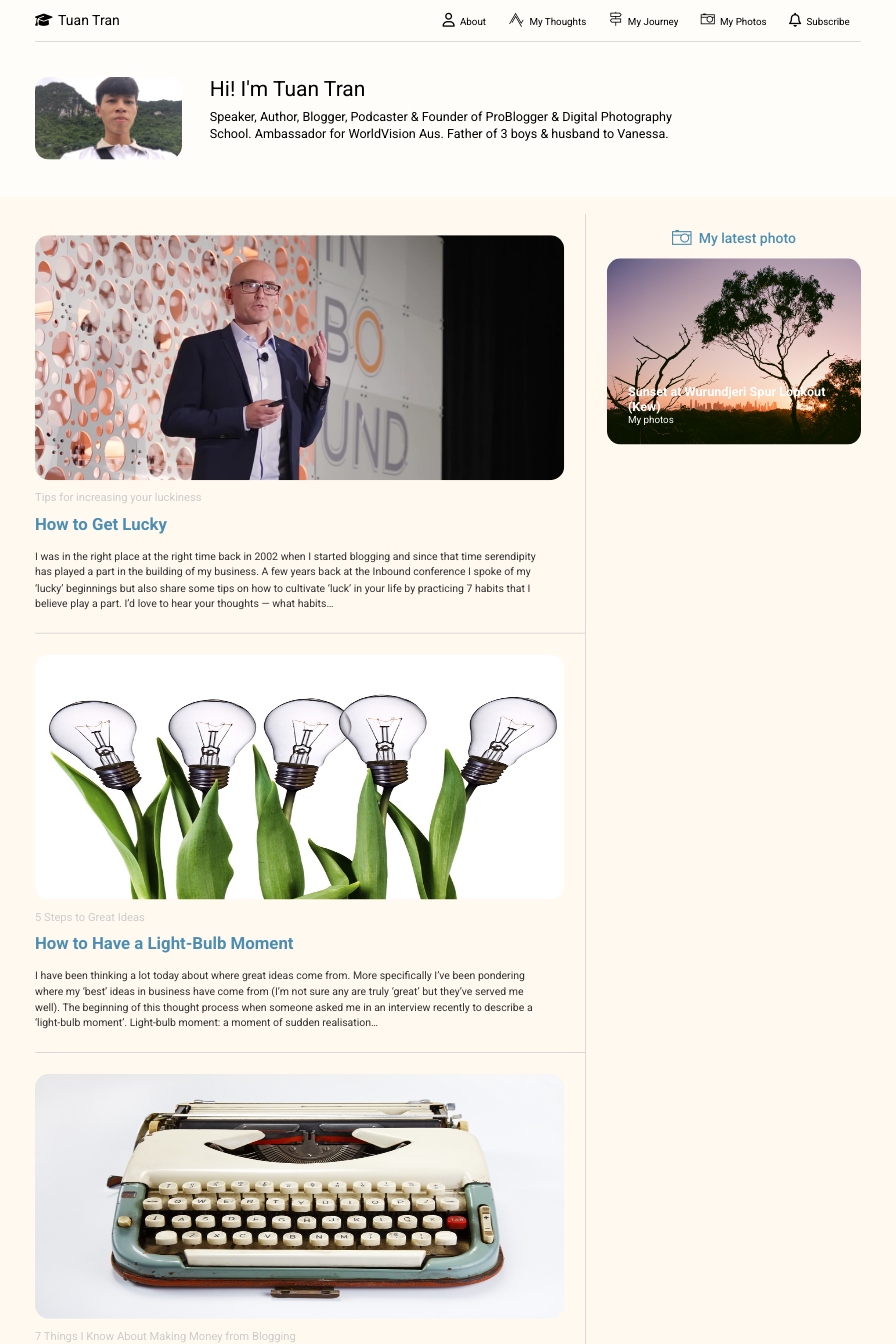
Repository: TranDinhTuann/Blog-Demo
Page: index.html
An editor plug-in stored every save of this project. The page is shown before and after the next save, followed by the edit.
The browser window is 1280 px wide. The pictures show the part of the page from y = 0 to 1920 px (the page is 2860 px tall), at 70% of full size.

Above is the page before, as saved 2023-03-22 21:26:44.

### index.html
<!DOCTYPE html>
<html lang="en">
<head>
    <meta charset="UTF-8">
    <meta http-equiv="X-UA-Compatible" content="IE=edge">
    <meta name="viewport" content="width=device-width, initial-scale=1.0">
    <title>Blog của Tuấn</title>
    <link rel="stylesheet" href="./assets/css/base.css">
    <link rel="stylesheet" href="./assets/css/main.css">
    <link rel="stylesheet" href="https://cdnjs.cloudflare.com/ajax/libs/normalize/8.0.1/normalize.min.css">
    <link rel="stylesheet" href="./assets/fonts/fontawesome-free-6.2.1-web/css/all.min.css">
    <link rel="stylesheet" href="./assets/fonts/themify-icons/themify-icons.css">
    <link rel="preconnect" href="https://fonts.googleapis.com"><link rel="preconnect" href="https://fonts.gstatic.com" crossorigin><link href="https://fonts.googleapis.com/css2?family=Roboto:wght@300;400;500;700&display=swap" rel="stylesheet">
</head>
<body>
    <div class="app">
        <div class="header">
            <nav class="navbar">
                <a class="navbar__head">
                    <i class="navbar__head-icon fa-solid fa-graduation-cap"></i>
                    <div class="navbar__name">Tuan Tran</div>
                </a>

                <ul class="navbar__list">
                    <li class="navbar__list-item">
                        <a href="" class="navbar__list-item-link">
                            <i class="navbar__list-item-icon fa-regular fa-user"></i>
                            <span class="navbar__list-item-text">About</span>
                        </a>
                    </li>
                    <li class="navbar__list-item">
                        <a href="" class="navbar__list-item-link">
                            <i class="navbar__list-item-icon fa-brands fa-think-peaks"></i>
                            <span class="navbar__list-item-text">My Thoughts</span>
                        </a>
                    </li>
                    <li class="navbar__list-item">
                        <a href="" class="navbar__list-item-link">
                            <i class="navbar__list-item-icon ti-direction-alt"></i>
                            <span class="navbar__list-item-text">My Journey</span>
                        </a>
                    </li>
                    <li class="navbar__list-item">
                        <a href="" class="navbar__list-item-link">
                            <i class="navbar__list-item-icon ti-camera"></i>
                            <span class="navbar__list-item-text">My Photos</span>
                        </a>
                    </li>
                    <li class="navbar__list-item">
                        <a href="" class="navbar__list-item-link">
                            <i class="navbar__list-item-icon fa-regular fa-bell"></i>
                            <span class="navbar__list-item-text">Subscribe</span>
                        </a>
                    </li>
                </ul>
            </nav>

            <div class="intro">
                <div class="intro__img">
                    <img src="./assets/img/logo.JPG" alt="" class="intro__img-image">
                </div>
                <div class="intro__text">
                    <div class="intro__head">Hi! I'm Tuan Tran </div>
                    <div class="intro__des">Speaker, Author, Blogger, Podcaster & Founder of ProBlogger & Digital Photography School. Ambassador for WorldVision Aus. Father of 3 boys & husband to Vanessa.</div>
                </div>
            </div>
        </div>

        <div class="grid">
            <div class="grid1">
                <div class="content">
                    <div class="columns">
                        <div class="img-human">
                            <img class="img-ong" src="./assets/img/slider/human1.png" alt="">
                        </div>
                        <div class="column-text">
                            <p class="des">Tips for increasing your luckiness</p>
                            <div class="heading">How to Get Lucky</div>
                            <div class="sub-heading">I was in the right place at the right time back in 2002 when I started blogging and since that time serendipity has played a part in the building of my business. A few years back at the Inbound conference I spoke of my ‘lucky’ beginnings but also share some tips on how to cultivate ‘luck’ in your life by practicing 7 habits that I believe play a part. I’d love to hear your thoughts — what habits…</div>
                        </div>
                    </div>
                    <div class="columns">
                        <div class="img-human">
                            <img class="img-ong" src="./assets/img/slider/human2.jpg" alt="">
                        </div>
                        <div class="column-text">
                            <p class="des">5 Steps to Great Ideas</p>
                            <div class="heading">How to Have a Light-Bulb Moment</div>
                            <div class="sub-heading">I have been thinking a lot today about where great ideas come from. More specifically I’ve been pondering where my ‘best’ ideas in business have come from (I’m not sure any are truly ‘great’ but they’ve served me well). The beginning of this thought process when someone asked me in an interview recently to describe a ‘light-bulb moment’. Light-bulb moment: a moment of sudden realisation…</div>
                        </div>
                    </div>
                    <div class="columns">
                        <div class="img-human">
                            <img class="img-ong" src="./assets/img/slider/human3.jpg" alt="">
                        </div>
                        <div class="column-text">
                            <p class="des">7 Things I Know About Making Money from Blogging</p>
                            <div class="heading">Can You REALLY Make Money Blogging?</div>
                            <div class="sub-heading">Can You REALLY Make Money Blogging? 7 Things I Know About Making Money from Blogging Every now and again I am pulled aside at a conference or am emailed and/or tweeted by someone wanting to get the “real” scoop on whether it is possible to make money blogging. Is it really possible to make a living from blogging? Is it just a small number of people making money from blogging? Is it only really…</div>
                        </div>
                    </div>
                    <div class="columns no--border">
                        <div class="img-human">
                            <img class="img-ong" src="./assets/img/slider/human4.png" alt="">
                        </div>
                        <div class="column-text">
                            <p class="des">Writing tips from a professional blogger</p>
                            <div class="heading">20 Quick Tips on Writing Great Blog Posts</div>
                            <div class="sub-heading">Tell your story — it is what makes your content unique Share how you feel — it will take your readers to a deeper place You’ll never please everyone — the sooner you come to peace with this, the better Write about things that matter to you — passion is infectious Inform, Inspire and Interact — aim to do these things every week! Experiment with different styles of writing — it will help you find…</div>
                        </div>
                    </div>
                    <div class="btn-content">
                        <button class="btn-thought">
                            <i class="navbar__list-item-icon fa-brands fa-think-peaks"></i>
                            <span class="my-thoughts">Browser My Thoughts</span>
                        </button>
                    </div>
                </div>

                <div class="sitebar">
                    <div class="row">
                        <div class="row-head">
                            <i class="row-icon ti-camera"></i>
                            <div class="row-heading">My latest photo</div>
                        </div>
                        <div class="row-img">
                            <img src="./assets/img/slider/nature1.jpg" alt="" class="img-nature">
                            <div class="row-text">
                                <div class="text-heading">Sunset at Wurundjeri Spur Lookout (Kew)</div>
                                <div class="text-des">My photos</div>
                            </div>
                        </div>
                    </div>

                    <div class="row">

                    </div>
                </div>
            </div>
        </div>

        <footer class="footer">

        </footer>
    </div>
</body>
</html>

### assets/css/base.css
:root {
    --white-color: #fff;
    --black-color: #000;
    --text-color: #333;
    --primary-color: #fff9ef;
    --header-primary-color: rgb(255, 253, 249);
}

* {
    box-sizing: inherit;
}

html {
    /* hack */
    font-size: 62.5%;
    line-height: 1.6rem;
    font-family: 'Roboto', sans-serif;
    box-sizing: border-box;
}

@keyframes fadeIn {
    from{
        opacity: 0;
    }
    to{
        opacity: 1;
    }
}

@keyframes growth {
    from{
        transform: calc(0);
    }
    to{
        transform: calc(1);
    }
}

img{
    width: 100%;
    border-radius: 20px;
}
.img-ong{
    height: 350px;
    display: block;
}
.img-human{
    margin-right: 30px;
    height: 350px;
    display: block;
}
a{
    display: block;
    cursor: pointer;
}

### assets/css/main.css
.app{
    height: 1000px;
    background-color: rgb(255, 253, 249);
}

.header{
    height: 280px;
    margin: 0 50px;
}

.navbar{
    height: 60px;
    border-bottom: 1px solid #ccc;
    display: flex;
    align-items: center;
    justify-content: space-between;
}

.navbar__head-icon {
    font-size: 2rem;
    margin-right: 8px;
}

.navbar__name {
    font-size: 2rem;

}

.navbar__head {
    display: flex;
}

.navbar__head:hover {
    cursor: pointer;
    opacity: 0.5;
}

.navbar__list {
    display: flex;
    list-style: none;
    font-size: 1.4rem;
}

.navbar__list-item {
    padding: 0 16px;
    line-height: 60px;
}

.navbar__list-item:hover {
    cursor: pointer;
    opacity: 0.5;
}

.navbar__list-item-link {
    color: #000;
    text-decoration: none;
}

.navbar__list-item-icon{
    font-size: 2rem;
    padding-right: 4px;
}


.intro {
    display: flex;
    margin-top: 50px;
}

.intro__img {
    width: 30%;
    height: 50px;
}

.intro__img-image {
    width: 100%;
    background-size:cover;
}

.intro__text{
    padding-left: 40px;
}

.intro__head {
    font-size: 3rem;
}

.intro__des {
    font-size: 1.8rem;
    padding: 10px 250px 0 0;
    line-height: 2.4rem;
}


/* Grid */
.grid {
    background-color: rgb(255, 249, 239);
    /* height: 6000px; */
    /* display: flex; */
}
.grid1  {
    margin: 0 50px;
    display: flex;
    padding-top: 26px;
}
.content {
    border-right: 1px solid #ccc;
    /* height: 600px; */
    flex: 2;
}
.columns {
    padding: 30px 0;
    border-bottom: 1px solid #ccc;
    cursor: pointer;
}
.columns.no--border{
    border: none;
}
.sitebar {
    flex: 1;
}

.column-text{
    padding: 0 50px 0 0;
}
.des{
    font-size: 16px;
    color: #ccc;
}
.heading {
    font-size: 24px;
    font-weight: 700;
    color: #4c8eb3;
}
.sub-heading {
    color: #333333;
    font-size: 15px;
    padding-top: 20px;
    line-height: 1.5;
}
.btn-content{
    display: flex;
    align-items: center;
    justify-content: center;
    color: #000;
    padding: 30px 0;
}
.btn-thought {
    padding: 14px 20px;
    display: block;
    background-color: rgb(241, 202, 130);
    outline: none;
    border: none;
    border-radius: 10px;
}
.btn-thought:hover{
    background-color:  rgba(241, 202, 130, 0.6);
}
.my-thoughts{
    font-size: 16px;
}

/* sitebar */
.row{
    margin: 20px 0 30px 30px;
}
.row-head {
    display: flex;
    align-items: center;
    justify-content: center;
    color: #4c8eb3;
    padding-bottom: 15px;
}
.row-icon{
    font-size: 28px;
    margin-right: 10px;
}
.row-heading{
    font-size: 20px;
    font-weight: 500;
}
.row-img{
    position: relative;
}
.row-text{
    position: absolute;
    bottom: 30px;
    left: 30px;
    color: #fff;
}
.text-heading{
    font-size: 18px;
    font-weight: 1000;
}
.text-des{
    font-size: 14px;
}


/* footer */
.footer{
    height: 50px;
}

Loaded but not shown: assets/fonts/fontawesome-free-6.2.1-web/css/all.min.css (library); assets/fonts/themify-icons/themify-icons.css (common file)

After the next save:
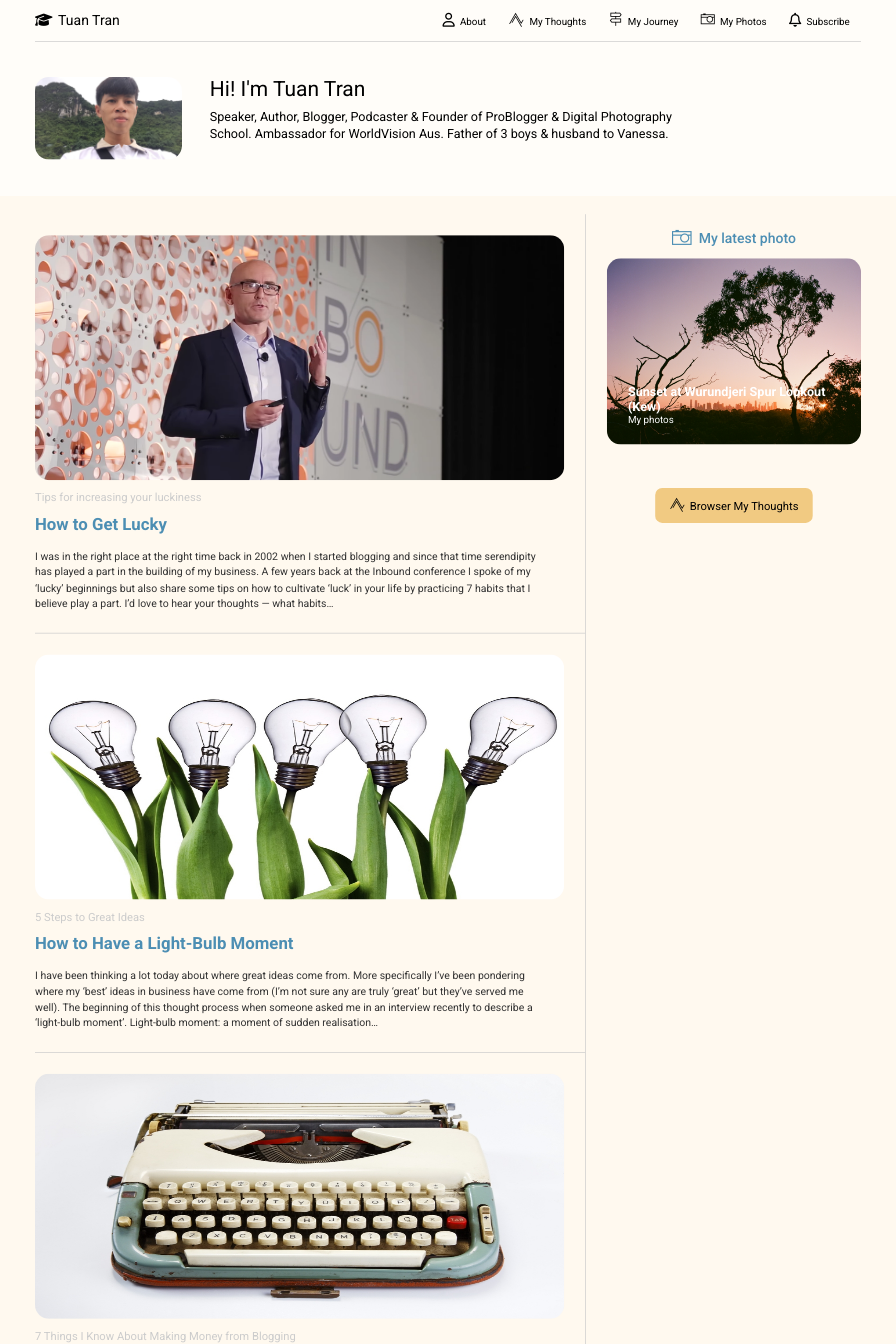
Saved 2 min 15 s later.
--- a/index.html
+++ b/index.html
@@ -133,7 +133,12 @@
                     </div>
 
                     <div class="row">
-
+                        <div class="btn-content">
+                            <button class="btn-thought">
+                                <i class="navbar__list-item-icon fa-brands fa-think-peaks"></i>
+                                <span class="my-thoughts">Browser My Thoughts</span>
+                            </button>
+                        </div>
                     </div>
                 </div>
             </div>
